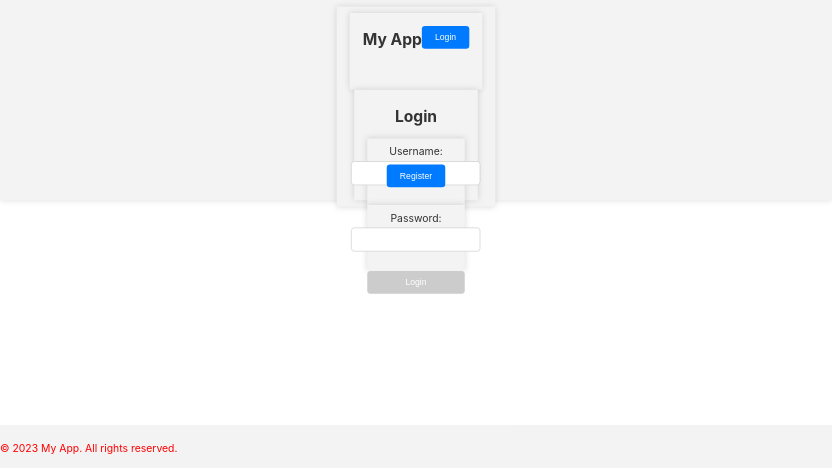
Repository: iMlearnDinG/react-app-v2
Page: /
The author's editor kept a copy of each file at every save. The page is drawn from the files as they stood at one save, then again after the next save.
The browser window is 1280 px wide. The pictures show the whole page, at 65% of full size.
The page's requests for data from a server got no answer. The project was rebuilt for these pictures with package versions that can differ from the ones it lists, and the page was loaded fresh each time. No one was signed in, and anything a server would have sent is missing. Also part of the build but not shown: src/components/Register.js, src/components/Lobby.js, src/components/Game.js, src/components/Menu.js.

Above is the page before, as saved 2023-07-19 01:57:16.

### src/index.js
import React from 'react';
import ReactDOM from 'react-dom/client';
import './index.css';
import App from './App';
import reportWebVitals from './reportWebVitals';

ReactDOM.createRoot(document.getElementById('root')).render(
  <React.StrictMode>
    <App />
  </React.StrictMode>,
);

// If you want to start measuring performance in your app, pass a function
// to log results (for example: reportWebVitals(console.log))
// or send to an analytics endpoint. Learn more: https://bit.ly/CRA-vitals
reportWebVitals();

### src/App.js
import React, { useContext, useEffect } from 'react';
import { BrowserRouter as Router, Routes, Route, useNavigate } from 'react-router-dom';
import { AuthProvider, AuthContext } from './config/AuthContext';
import Login from './components/Login';
import Register from './components/Register';
import Lobby from './components/Lobby';
import Game from './components/Game';
import Menu from './components/Menu';
import Navbar from './components/Navbar'
import SessionRenewal from './SessionRenewal';

function PrivateRoute({ children }) {
  const { user, loading } = useContext(AuthContext);
  const navigate = useNavigate();

  useEffect(() => {
    if (!loading && !user) {
      navigate('/login', { replace: true });
    }
  }, [loading, user, navigate]);

  if (loading) {
    return <div>Loading...</div>;
  }

  if (!user) {
    return null;
  }

  return children;
}

function App() {
  return (
    <Router>
      <div className="App">
        <AuthProvider>
          <Navbar />
          <Routes>
            <Route path="/" element={<Login />} />
            <Route path="/login" element={<Login />} />
            <Route path="/register" element={<Register />} />
            <Route path="/lobby" element={<PrivateRoute><Lobby /></PrivateRoute>} />
            <Route path="/game" element={<PrivateRoute><Game /></PrivateRoute>} />
            <Route path="/menu" element={<PrivateRoute><Menu /></PrivateRoute>} />
          </Routes>
        </AuthProvider>
      </div>
    </Router>
  );
}

export default SessionRenewal(App);

### src/config/AuthContext.js
import React, { createContext, useState, useEffect } from 'react';

export const AuthContext = createContext();

export function AuthProvider({ children }) {
  const [user, setUser] = useState(null);
  const [loading, setLoading] = useState(true);

  useEffect(() => {
    // Fetch the current user from the server and update state
    const fetchUser = async () => {
      const response = await fetch(`${process.env.REACT_APP_API_BASE_URL}/auth`, {
        credentials: 'include',
      });
      const data = await response.json();
      if (data.success) {
        setUser(data.data.user);
      }
      setLoading(false);
    };
    fetchUser();
  }, []);

  const value = { user, setUser, loading };

  return <AuthContext.Provider value={value}>{children}</AuthContext.Provider>;
}

### src/components/Login.js
import React, { useState, useContext } from 'react';
import { useNavigate } from 'react-router-dom';
import { AuthContext } from '../config/AuthContext';
import "../css/login.css"

function Login() {
  const navigate = useNavigate();
  const { setUser } = useContext(AuthContext);
  const [username, setUsername] = useState('');
  const [password, setPassword] = useState('');
  const [isSubmitting, setIsSubmitting] = useState(false);
  const [error, setError] = useState(null);

  const handleSubmit = async (e) => {
    e.preventDefault();
    setIsSubmitting(true);
    setError(null);

    const response = await fetch(`${process.env.REACT_APP_API_BASE_URL}/login`, {
      method: 'POST',
      headers: { 'Content-Type': 'application/json' },
      body: JSON.stringify({ username, password }),
      credentials: 'include',
    });

    const data = await response.json();
    setIsSubmitting(false);
    if (data.success) {
      setUser(data.data.user);
      navigate('/menu');
    } else {
      setError(data.error);
    }
  };


  const handleInputChange = async (e) => {
    const { name, value } = e.target;
    if (name === 'username') {
      setUsername(value);
    } else if (name === 'password') {
      setPassword(value);
    }
  };

  const isFormValid = username !== '' && password !== '';

  const handleRegisterClick = async () => {
    navigate('/register');
  };

  return (
    <div>
      <h1>Login</h1>
      {error && <p>{error}</p>}
      <form onSubmit={handleSubmit}>
        <div>
          <label htmlFor="username">Username:</label>
          <input
            type="text"
            id="username"
            name="username"
            value={username}
            onChange={handleInputChange}
          />
        </div>
        <div>
          <label htmlFor="password">Password:</label>
          <input
            type="password"
            id="password"
            name="password"
            value={password}
            onChange={handleInputChange}
          />
        </div>
        <button type="submit" disabled={!isFormValid || isSubmitting}>
          Login
        </button>
      </form>
      <button onClick={handleRegisterClick}>Register</button>
    </div>
  );
}

export default Login;

### src/components/Navbar.js
import React, { useContext } from 'react';
import { useNavigate } from 'react-router-dom';
import { AuthContext } from '../config/AuthContext.js';
import axios from 'axios';
import '../css/navbar.css'

const Navbar = () => {
  const navigate = useNavigate();
  const { user, setUser } = useContext(AuthContext);

  const handleLogout = async () => {
    try {
      const res = await axios.post(`${process.env.REACT_APP_API_BASE_URL}/logout`, {}, {
        withCredentials: true,
      });

      if (res.data.success) {
        setUser(null);
        navigate('/login');
      } else {
        console.error(res.data.error);
      }
    } catch (error) {
      console.error(error);
    }
  };

  return (
    <div>
      <header >
        <h1>My App</h1>
        {user && (
          <button onClick={handleLogout}>Logout</button>
        )}
        {!user && (
          <button onClick={() => navigate('/login')}>Login</button>
        )}
      </header>

      <footer>
        <p>© 2023 My App. All rights reserved.</p>
      </footer>
    </div>
  );
};

export default Navbar;

### src/SessionRenewal.js
import React, { useEffect, useRef } from 'react';

function SessionRenewal(WrappedComponent) {
  return function WrappedWithSessionRenewal(props) {
    const activityDetected = useRef(false);

    useEffect(() => {
      let timeoutId;

      const renewSession = () => {
        fetch('/api/renew-session', {
          method: 'POST',
          credentials: 'include', // Include cookies in the request
        })
        .then(res => res.json())
        .then((data) => {
          if (!data.success) {
            console.error('Session renewal failed:', data.error);
          }
        })
        .catch((error) => {
          console.error('Error:', error);
        });
      };

      const resetTimeout = () => {
        console.log('User activity detected');
        if (timeoutId) {
          clearTimeout(timeoutId);
        }
        timeoutId = setTimeout(renewSession, 1); // 5 minutes
      };

      const activityHandler = () => {
        activityDetected.current = true;
      };

      window.addEventListener('mousemove', activityHandler);
      window.addEventListener('keydown', activityHandler);
      window.addEventListener('click', activityHandler);
      window.addEventListener('input', activityHandler);

      const intervalId = setInterval(() => {
        if (activityDetected.current) {
          resetTimeout();
          activityDetected.current = false;
        }
      }, 225000);

      return () => {
        window.removeEventListener('mousemove', activityHandler);
        window.removeEventListener('keydown', activityHandler);
        window.removeEventListener('click', activityHandler);
        window.removeEventListener('input', activityHandler);
        clearTimeout(timeoutId);
        clearInterval(intervalId);
      };
    }, []);

    return <WrappedComponent {...props} />;
  };
}

export default SessionRenewal;

### src/css/login.css
div {
    display: flex;
    flex-direction: column;
    align-items: center;
    justify-content: center;
    height: 40vh;
    padding: 20px;
    background-color: #F3F3F3;
  }

  h1 {
    margin-bottom: 20px;
    color: #333;
    font-size: 28px;
  }

  p {
    color: red;
    margin-bottom: 10px;
  }

  form {
    display: flex;
    flex-direction: column;
    width: 150px;
    height: 40px;
  }

  div label {
    margin-bottom: 5px;
    color: #333;
  }

  div input {
    margin-bottom: 20px;
    padding: 10px;
    border: 1px solid #ccc;
    border-radius: 5px;
  }

  button {
    padding: 10px 20px;
    background-color: #007BFF;
    color: #FFF;
    border: none;
    border-radius: 5px;
    cursor: pointer;
    transition: background-color 0.3s ease;
    margin-bottom: 10px;
  }

  button:disabled {
    background-color: #ccc;
  }

  button:hover:not(:disabled) {
    background-color: #0056b3;
  }

### src/css/navbar.css
div {
    display: flex;
    justify-content: space-between;
    align-items: center;
    padding: 10px 20px;
    background-color: #F3F3F3;
    box-shadow: 0px 0px 10px 0px rgba(0,0,0,0.15);
  }

  header, footer {
    display: flex;
    justify-content: space-between;
    align-items: center;
    width: 100%;
  }

  header {
    margin-bottom: 30px;
  }

  h1 {
    color: #333;
    font-size: 24px;
  }

  button {
    padding: 10px 20px;
    background-color: #007BFF;
    color: #FFF;
    border: none;
    border-radius: 5px;
    cursor: pointer;
    transition: background-color 0.3s ease;
  }

  button:hover {
    background-color: #0056b3;
  }

  footer {
    position: fixed;
    bottom: 0;
    width: 100%;
    background-color: #F3F3F3;
    color: #666;
    text-align: center;
    padding: 10px 0;
  }

Loaded but not shown: public/index.html (common file); src/index.css (common file); src/reportWebVitals.js (common file)

After the next save:
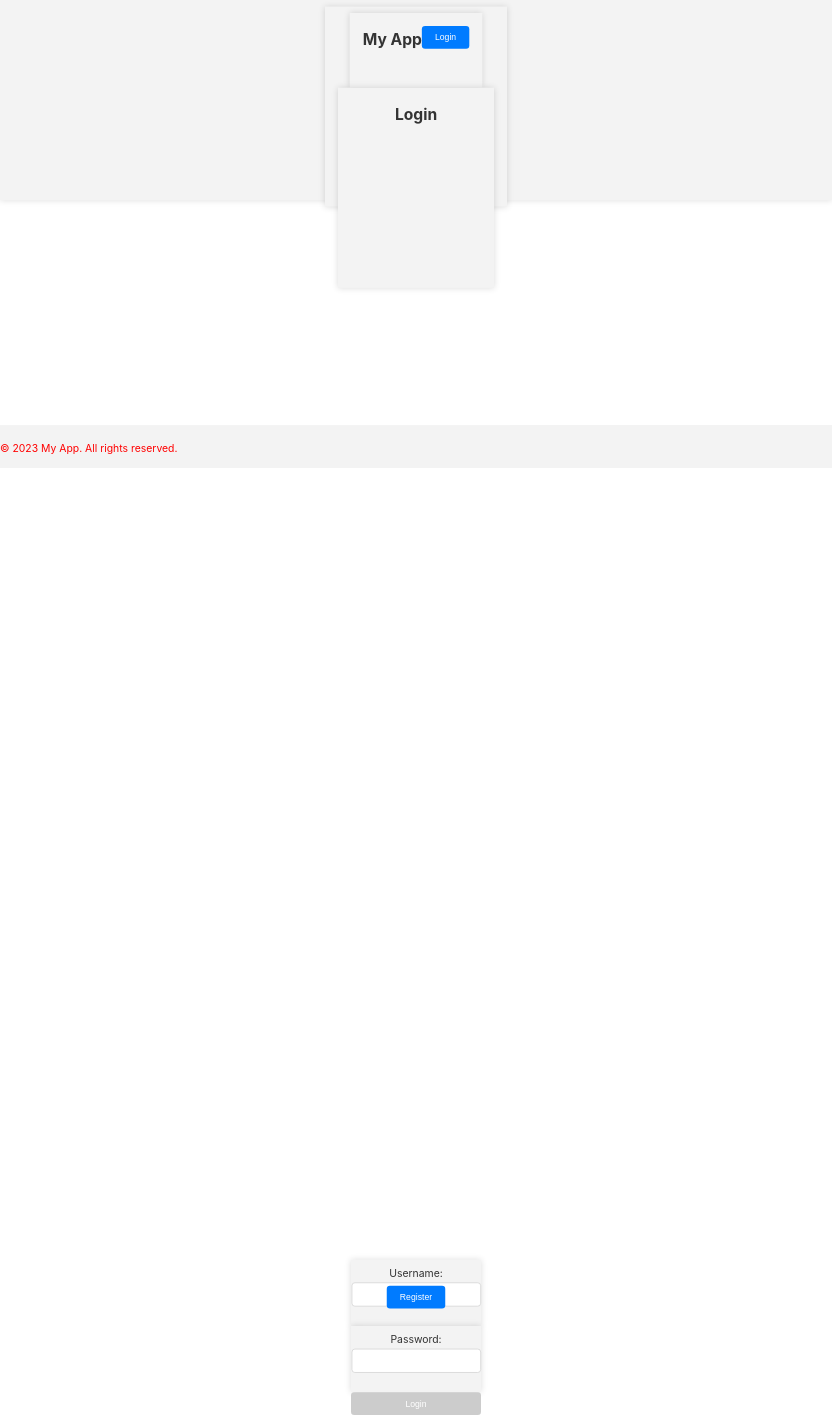
Saved 60 s later.
--- a/src/css/login.css
+++ b/src/css/login.css
@@ -22,8 +22,9 @@ div {
   form {
     display: flex;
     flex-direction: column;
-    width: 150px;
+    width: 200px;
     height: 40px;
+    margin-top: 240vh;
   }
 
   div label {
